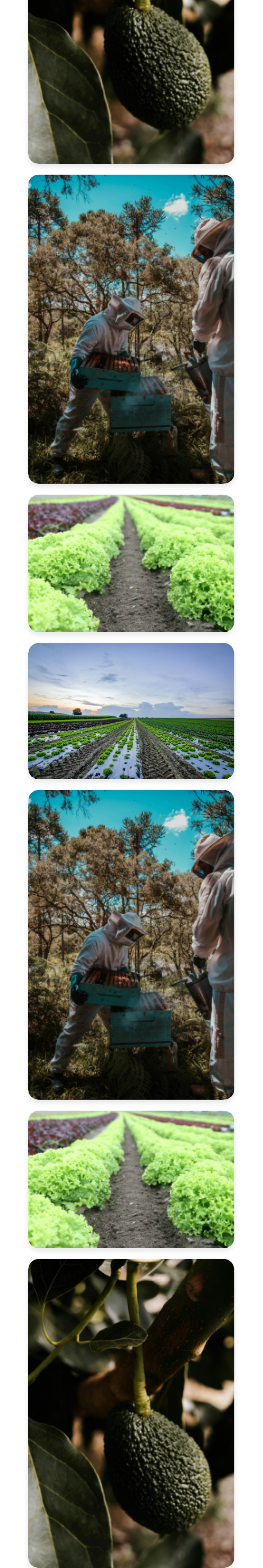
Repository: Kanyi-Manyara/yara-farm
Page: index.html
An editor plug-in stored every save of this project. The page is shown before and after a run of saves, followed by the edit.
The browser window is 375 px wide. The pictures show the part of the page from y = 2375 to 4615 px (the page is 7585 px tall before and 7765 px after), at 70% of full size.

Above is the page before, as saved 2025-05-09 20:32:44.

### index.html
<!DOCTYPE html>
<html lang="en">
<head>
  <meta charset="UTF-8">
  <meta name="viewport" content="width=device-width, initial-scale=1.0, maximum-scale=1.0, user-scalable=no">
  <meta name="HandheldFriendly" content="true">  <title>Yara Harvests</title>
  <link rel="stylesheet" href="style.css">
  <link rel="stylesheet" href="https://cdnjs.cloudflare.com/ajax/libs/font-awesome/6.0.0/css/all.min.css">

  <link rel="stylesheet" href="https://cdnjs.cloudflare.com/ajax/libs/font-awesome/6.0.0/css/all.min.css">

</head>
<body>

     <!-- Logo -->
  <header>
    <a href="#" class="logo">
      <img src="assets/farmlogobg2.png" alt="Yara Harvests Logo">
    </a>
  </header>
  <!-- Splash Screen -->
  <div id="splash-screen">
    <div class="splash-content">
        <img src="assets/Farm Logo.png" alt="Logo">
      <!-- <h1>Yara Harvests</h1>
      <p>Where Nature Meets Nourishment</p> -->
    </div>
  </div>

  <!-- Hero Section -->
<section id="hero">
    <div class="video-container">
      <video autoplay muted loop id="hero-video">
        <source src="assets/land.mp4" type="video/mp4">
        Your browser does not support the video tag.
      </video>
    </div>
    <div class="hero-content">
      <h1>Fresh, Organic Produce Straight from Our Farm to Your Table</h1>
      <a href="#products" class="cta-button">Explore Our Harvest</a>
    </div>
  </section>
  <!-- Hero Section
<section id="hero">
    <div class="video-container">
      <video autoplay muted loop id="hero-video">
        <source src="assets/land.mp4" type="video/mp4">
        Your browser does not support the video tag.
      </video>
    </div>
    <div class="hero-content">
      <h1>Fresh, Organic Produce Straight from <br>Our Farm to Your Table</h1>
      <a href="#products" class="cta-button">Explore Our Harvest</a>
    </div>
  </section> -->

  <!-- About Section -->
  <section id="about">
    <div class="about-content">
      <h2>Our Story</h2>
      <p>At Yara Harvests, we are committed to sustainable farming practices. Our mission is to provide fresh, organic produce to our community while preserving the environment.</p>
      <!-- <img src="assets/images/avocado.jpg" alt="Yara Harvests Farm"> -->
    </div>
  </section>

<!-- Products Section -->
<section id="products">
    <h2>What We Offer</h2>
    <div class="product-grid">
      <div class="product-card">
        <i class="fas fa-carrot"></i>
        <h3>Organic Vegetables</h3>
        <p>Freshly harvested, chemical-free vegetables.</p>
        <a href="products/vegetables.html" class="learn-more">Learn More</a>
      </div>
      <div class="product-card">
        <i class="fas fa-apple-alt"></i>
        <h3>Seasonal Fruits</h3>
        <p>Sweet and juicy fruits grown in harmony with nature.</p>
        <a href="products/fruits.html" class="learn-more">Learn More</a>
      </div>
      <div class="product-card">
        <i class="fas fa-cheese"></i>
        <h3>Dairy Products</h3>
        <p>Pure and natural dairy from our happy cows.</p>
        <a href="products/dairy.html" class="learn-more">Learn More</a>
      </div>
    </div>
  </section>

<!-- gallery -->
<section id="gallery">
  <h2>Explore Yara Harvests</h2>
  <div class="gallery-grid">
    <div class="gallery-item">
      <img src="assets/avocado.jpg" alt="Farm Field - Avocados">
    </div>
    <div class="gallery-item">
      <img src="assets/bees.jpg" alt="Beekeeping - Sustainable Farming">
    </div>
    <div class="gallery-item">
      <img src="assets/lettuce.jpg" alt="Fresh Produce - Organic Lettuce">
    </div>
    <div class="gallery-item">
      <img src="assets/seedbed.jpg" alt="Seedbed Preparation">
    </div>
    <div class="gallery-item">
      <img src="assets/bees.jpg" alt="Pollination - Bees at Work">
    </div>
    <div class="gallery-item">
      <img src="assets/lettuce.jpg" alt="Harvested Lettuce">
    </div>
    <div class="gallery-item">
      <img src="assets/avocado.jpg" alt="Avocado Harvest">
    </div>
    <div class="gallery-item">
      <img src="assets/seedbed.jpg" alt="Sprouting Seeds">
    </div>
    <div class="gallery-item">
      <img src="assets/avocado.jpg" alt="Ripe Avocados">
    </div>
    <div class="gallery-item">
      <img src="assets/bees.jpg" alt="Honey Production">
    </div>
    <div class="gallery-item">
      <img src="assets/lettuce.jpg" alt="Freshly Picked Lettuce">
    </div>
    <div class="gallery-item">
      <img src="assets/seedbed.jpg" alt="Soil Preparation">
    </div>
  </div>
</section>

<!-- Testimonials Section -->
<section id="testimonials">
    <h2>What Our Customers Say</h2>
    <div class="carousel-container">
      <div class="carousel-track">
        <div class="testimonial-card">
          <div class="testimonial-content">
            <p>"The best organic produce I've ever tasted! Highly recommend Yara Harvests."</p>
            <div class="testimonial-author">
              <img src="assets/bees.jpg" alt="Customer 1">
              <div class="author-details">
                <h4>Jane Doe</h4>
                <p>Regular Customer</p>
              </div>
            </div>
          </div>
        </div>
        <div class="testimonial-card">
          <div class="testimonial-content">
            <p>"Fresh, delicious, and sustainably grown. Love supporting this farm!"</p>
            <div class="testimonial-author">
              <img src="assets/seedbed.jpg" alt="Customer 2">
              <div class="author-details">
                <h4>John Smith</h4>
                <p>Local Chef</p>
              </div>
            </div>
          </div>
        </div>
        <div class="testimonial-card">
          <div class="testimonial-content">
            <p>"Yara Harvests has transformed the way I eat. Everything is so fresh and flavorful!"</p>
            <div class="testimonial-author">
              <img src="assets/seedbed.jpg" alt="Customer 3">
              <div class="author-details">
                <h4>Emily Johnson</h4>
                <p>Food Blogger</p>
              </div>
            </div>
          </div>
        </div>
        <div class="testimonial-card">
          <div class="testimonial-content">
            <p>"The quality of produce from Yara Harvests is unmatched. Truly exceptional!"</p>
            <div class="testimonial-author">
              <img src="assets/lettuce.jpg" alt="Customer 4">
              <div class="author-details">
                <h4>Michael Brown</h4>
                <p>Health Enthusiast</p>
              </div>
            </div>
          </div>
        </div>
        <!-- Duplicate cards for seamless looping -->
        <div class="testimonial-card">
          <div class="testimonial-content">
            <p>"The best organic produce I've ever tasted! Highly recommend Yara Harvests."</p>
            <div class="testimonial-author">
              <img src="assets/avocado.jpg" alt="Customer 1">
              <div class="author-details">
                <h4>Jane Doe</h4>
                <p>Regular Customer</p>
              </div>
            </div>
          </div>
        </div>
        <div class="testimonial-card">
          <div class="testimonial-content">
            <p>"Fresh, delicious, and sustainably grown. Love supporting this farm!"</p>
            <div class="testimonial-author">
              <img src="assets/Farm Logo.png" alt="Customer 2">
              <div class="author-details">
                <h4>John Smith</h4>
                <p>Local Chef</p>
              </div>
            </div>
          </div>
        </div>
        <div class="testimonial-card">
          <div class="testimonial-content">
            <p>"Yara Harvests has transformed the way I eat. Everything is so fresh and flavorful!"</p>
            <div class="testimonial-author">
              <img src="assets/lettuce.jpg" alt="Customer 3">
              <div class="author-details">
                <h4>Emily Johnson</h4>
                <p>Food Blogger</p>
              </div>
            </div>
          </div>
        </div>
        <div class="testimonial-card">
          <div class="testimonial-content">
            <p>"The quality of produce from Yara Harvests is unmatched. Truly exceptional!"</p>
            <div class="testimonial-author">
              <img src="assets/seedbed.jpg" alt="Customer 4">
              <div class="author-details">
                <h4>Michael Brown</h4>
                <p>Health Enthusiast</p>
              </div>
            </div>
          </div>
        </div>
      </div>
    </div>
  </section>

  <!-- Contact Section -->
<section id="contact">
    <div class="contact-container">
      <!-- Left Side: Contact Form and Information -->
      <div class="contact-left">
        <h2>Get in Touch</h2>
        <form>
          <input type="text" placeholder="Your Name" required>
          <input type="email" placeholder="Your Email" required>
          <textarea placeholder="Your Message" required></textarea>
          <button type="submit">Send Message</button>
        </form>
        <div class="contact-info">
          <p><i class="fas fa-map-marker-alt"></i> Address: 123 Farm Road, Green Valley</p>
          <p><i class="fas fa-phone"></i> Phone: +123 456 7890</p>
          <p><i class="fas fa-envelope"></i> Email: info@yaraharvests.com</p>
        </div>
      </div>

      <!-- Right Side: Google Map -->
      <div class="contact-right">
        <iframe
          src="https://www.google.com/maps/embed?pb=!1m14!1m12!1m3!1d1370.0967259576712!2d36.61745964736168!3d-0.9414913667099373!2m3!1f0!2f0!3f0!3m2!1i1024!2i768!4f13.1!5e1!3m2!1sen!2ske!4v1740219301189!5m2!1sen!2ske"
          width="100%"
          height="100%"
          style="border:0;"
          allowfullscreen=""
          loading="lazy"
          referrerpolicy="no-referrer-when-downgrade"
        ></iframe>
      </div>
    </div>
  </section>
  <!-- Footer -->
  <footer>
    <div class="social-links">
      <a href="#"><i class="fab fa-facebook"></i></a>
      <a href="#"><i class="fab fa-instagram"></i></a>
      <a href="#"><i class="fab fa-twitter"></i></a>
    </div>
    <p>&copy; 2023 Yara Harvests. All rights reserved.</p>
  </footer>

  <!-- Toggle Button -->
<button id="nav-toggle">
    <i class="fas fa-bars"></i>
  </button>

  <!-- Side Navigation -->
  <nav id="side-nav">
    <ul>
      <li><a href="#hero" class="active"><i class="fas fa-home fa-xs"></i></a></li>
      <li><a href="#about"><i class="fas fa-info-circle fa-xs"></i></a></li>
      <li><a href="#products"><i class="fas fa-shopping-basket fa-xs"></i></a></li>
      <li><a href="#gallery"><i class="fas fa-images fa-xs"></i></a></li>
      <li><a href="#testimonials"><i class="fas fa-comments fa-xs"></i></a></li>
      <li><a href="#contact"><i class="fas fa-envelope fa-xs"></i></a></li>
    </ul>
  </nav>

  <script src="script.js"></script>
</body>
</html>

### style.css
/* General Styles */
body {
    font-family: 'Arial', sans-serif;
    margin: 0;
    padding: 0;
    box-sizing: border-box;
  }

  h1, h2, h3 {
    color: #2c3e50;
  }

  p {
    color: #34495e;
  }

  /* Splash Screen */
  #splash-screen {
    position: fixed;
    top: 0;
    left: 0;
    width: 100%;
    height: 100%;
    background: white;
    display: flex;
    justify-content: center;
    align-items: center;
    color: white;
    z-index: 1000;
  }

  .splash-content {
    text-align: center;
  }

/* Hero Section */
#hero {
    position: relative;
    height: 100vh;
    overflow: hidden;
    display: flex;
    align-items: center; /* Center content vertically */
  }

  .video-container {
    position: absolute;
    top: 0;
    left: 0;
    width: 100%;
    height: 100%;
    z-index: -1; /* Place the video behind the content */
  }

  #hero-video {
    width: 100%;
    height: 100%;
    object-fit: cover; /* Ensures the video covers the entire container */
  }

  .hero-content {
    position: relative;
    z-index: 1; /* Place the content above the video */
    padding-left: 50px; /* Add padding to move content to the left */
    max-width: 600px; /* Limit width for better readability */
  }

  .hero-content h1 {
    font-size: 3rem;
    color: transparent; /* Transparent text fill */
    -webkit-text-stroke: 1px white; /* White outline for text */
    text-shadow: 2px white; /* Fallback for non-WebKit browsers */
    margin-bottom: 20px;
    line-height: 1.2;
  }

  /* Ensure this selector is specific enough */
.hero-content .cta-button {
  background: transparent; /* Transparent button background */
  color: white; /* Grey font color */
  padding: 10px 20px;
  text-decoration: none;
  border: 1px solid white; /* White outline for button */
  border-radius: 5px;
  font-size: 1.2rem;
  transition: background 0.3s ease, color 0.3s ease;
}

.hero-content .cta-button:hover {
  background: white; /* White background on hover */
  color: black; /* Black text on hover */
}
/* Toggle Button */
#nav-toggle {
    position: fixed;
    top: 20px;
    right: 20px;
    background: transparent;
    color: grey;
    border: none;
    padding: 0px;
    border-radius: 50%;
    width: 40px;
    height: 40px;
    cursor: pointer;
    z-index: 1001; /* Ensure it's above the side nav */
    display: flex;
    align-items: center;
    justify-content: center;
  }

  #nav-toggle i {
    font-size: 1.2rem;
  }

  /* Side Navigation */
  #side-nav {
    position: fixed;
    top: 50%;
    right: -100px; /* Initially hidden off-screen */
    transform: translateY(-50%);
    z-index: 1000;
    background: rgba(255, 255, 255, 0.9);
    border-radius: 10px;
    padding: 10px;
    transition: right 0.3s ease;
  }

  #side-nav.active {
    right: 20px; /* Visible on-screen */
  }

  #side-nav ul {
    list-style: none;
    padding: 0;
    margin: 0;
  }

  #side-nav ul li {
    margin: 7.5px 0;
  }

  #side-nav ul li a {
    text-decoration: none;
    color: #2c3e50;
    font-size: 1rem;
    display: block;
    padding: 10px;
    background: rgba(255, 255, 255, 0.8);
    border-radius: 50%;
    width: 20px;
    height: 20px;
    text-align: center;
    line-height: 20px;
    transition: background 0.3s ease, color 0.3s ease;
  }

  #side-nav ul li a:hover {
    background: grey;
    color: white;
  }

  #side-nav ul li a.active {
    background: grey;
    color: white;
  }

  /* About Section */
  #about {
    padding: 50px 20px;
    text-align: center;
  }

/* Products Section */
#products {
    padding: 50px 20px;
    text-align: center;
    background: white;
  }

  #products h2 {
    margin-bottom: 40px;
    font-size: 2rem;
    color: #2c3e50;
  }

  .product-grid {
    display: flex;
    justify-content: space-around;
    flex-wrap: wrap;
    gap: 20px;
  }

  .product-card {
    background: transparent; /* Make the card background transparent */
    border-radius: 15px;
    padding: 20px;
    width: 300px;
    box-shadow: none; /* Remove box shadow */
    text-align: center;
    transition: transform 0.3s ease;
  }

  .product-card:hover {
    transform: translateY(-10px); /* Keep hover effect for interactivity */
  }

  .product-card i {
    font-size: 3rem;
    color: grey;
    margin-bottom: 20px;
  }

  .product-card h3 {
    font-size: 1.5rem;
    color: #2c3e50;
    margin-bottom: 10px;
  }

  .product-card p {
    font-size: 1rem;
    color: #34495e;
    margin-bottom: 20px;
  }

  .learn-more {
    background: transparent; /* Transparent button background */
    color: black; /* Grey font color */
    padding: 10px 20px;
    text-decoration: none;
    border: 1px solid black; /* White outline for button */
    border-radius: 5px;
    font-size: 1.0rem;
    transition: background 0.3s ease, color 0.3s ease;
  }

  .learn-more:hover {
    background: grey;
    color: white;
  }
  /* Gallery Section
  #gallery {
    padding: 50px 20px;
    text-align: center;
  }

  .gallery-grid {
    display: grid;
    grid-template-columns: repeat(3, 1fr);
    gap: 10px;
  }

  .gallery-grid img {
    width: 100%;
    height: auto;
  } */

/* Gallery Section */
#gallery {
    padding: 50px 20px;
    text-align: center;
  }

  .gallery-grid {
    display: grid;
    grid-template-columns: repeat(auto-fill, minmax(250px, 1fr)); /* Adjust minmax for column width */
    gap: 15px; /* Space between images */
    padding: 0 20px;
  }

  .gallery-item {
    position: relative;
    overflow: hidden;
    border-radius: 15px; /* Smooth curved edges */
    box-shadow: 0 4px 8px rgba(0, 0, 0, 0.1); /* Subtle shadow for depth */
    transition: transform 0.3s ease, box-shadow 0.3s ease;
  }

  .gallery-item:hover {
    transform: scale(1.05); /* Slight zoom on hover */
    box-shadow: 0 8px 16px rgba(0, 0, 0, 0.2); /* Enhanced shadow on hover */
  }

  .gallery-item img {
    width: 100%;
    height: 100%;
    object-fit: cover; /* Ensures images fill the container without distortion */
    display: block;
    border-radius: 15px; /* Match the container's curved edges */
  }

/* Testimonials Section */
#testimonials {
    padding: 50px 20px;
    text-align: center;
    background: #f9f9f9;
    overflow: hidden;
  }

  #testimonials h2 {
    margin-bottom: 40px;
    font-size: 2rem;
    color: #2c3e50;
  }

  .carousel-container {
    width: 100%;
    overflow: hidden;
    position: relative;
  }

/* Updated Testimonials Section */
.carousel-track {
  display: flex;
  transition: transform 0.5s ease-out;
  will-change: transform; /* Optimize for performance */
  user-select: none; /* Prevent text selection during drag */
  touch-action: pan-y; /* Enable vertical scroll but prevent default horizontal */
}

.testimonial-card {
  flex: 0 0 300px;
  margin: 0 10px;
  background: white;
  border-radius: 15px;
  padding: 20px;
  box-sizing: border-box;
  text-align: left;
  cursor: grab;
}

.testimonial-card:active {
  cursor: grabbing;
}

/* Disable animation when dragging */
.carousel-track.no-transition {
  transition: none;
}

  .testimonial-content p {
    font-size: 1.1rem;
    color: #34495e;
    line-height: 1.6;
    margin-bottom: 20px;
  }

  .testimonial-author {
    display: flex;
    align-items: center;
  }

  .testimonial-author img {
    width: 60px;
    height: 60px;
    border-radius: 50%;
    margin-right: 15px;
  }

  .author-details h4 {
    margin: 0;
    font-size: 1.2rem;
    color: #2c3e50;
  }

  .author-details p {
    margin: 0;
    font-size: 0.9rem;
    color: #7f8c8d;
  }

  /* Keyframes for infinite scrolling */
  @keyframes scroll {
    0% {
      transform: translateX(0);
    }
    100% {
      transform: translateX(-50%); /* Move by half the width of the carousel */
    }
  }

/* Contact Section */
#contact {
    display: flex;
    height: 100vh; /* Full viewport height */
  }

  .contact-container {
    display: flex;
    width: 100%;
    height: 100%;
  }

  /* Left Side: Contact Form and Information */
  .contact-left {
    flex: 1;
    background: #000; /* Black background */
    color: white;
    padding: 50px;
    display: flex;
    flex-direction: column;
    justify-content: center;
  }

  .contact-left h2 {
    font-size: 2rem;
    margin-bottom: 20px;
  }

  .contact-left form {
    display: flex;
    flex-direction: column;
    gap: 15px;
    margin-bottom: 20px;
  }

  .contact-left input,
  .contact-left textarea {
    padding: 10px;
    border: 1px solid #ccc;
    border-radius: 5px;
    font-size: 1rem;
    background: #333; /* Dark input background */
    color: white;
  }

  .contact-left textarea {
    resize: vertical;
    min-height: 100px;
  }

  .contact-left button {
    background: grey;
    color: white;
    padding: 10px 20px;
    border: none;
    border-radius: 5px;
    font-size: 1rem;
    cursor: pointer;
    transition: background 0.3s ease;
  }

  .contact-left button:hover {
    background: white;
    color: black;

  }

  .contact-info {
    margin-top: 20px;
  }

  .contact-info p {
    font-size: 1rem;
    margin-bottom: 10px;
    display: flex;
    align-items: center;
    gap: 10px;
  }

  .contact-info i {
    color: white;
  }

  /* Right Side: Google Map */
  .contact-right {
    flex: 1;
    background: white; /* White background */
  }

  .contact-right iframe {
    width: 100%;
    height: 100%;
    border: none;
  }

  /* Footer */
  footer {
    background: #2c3e50;
    color: white;
    text-align: center;
    padding: 20px;
  }

  .social-links a {
    color: white;
    margin: 0 10px;
  }

  /* Logo */
header {
    position: fixed;
    top: 20px;
    left: 20px;
    z-index: 1000; /* Ensure the logo is above other content */
  }

  .logo img {
    width: 80px; /* Adjust size as needed */
    height: auto;
    transition: transform 0.3s ease;
  }

  .logo img:hover {
    transform: scale(1.1); /* Slight zoom on hover */
  }

/* //////////////////////////////////////////////////////////////// */

/* Product Detail Page */
#product-detail {
    padding: 50px 20px;
    text-align: center;
  }

  .product-detail-content {
    max-width: 800px;
    margin: 0 auto;
  }

  .product-detail-content h1 {
    font-size: 2.5rem;
    color: #2c3e50;
    margin-bottom: 20px;
  }

  .product-detail-content img {
    width: 100%;
    max-width: 500px;
    border-radius: 15px;
    margin-bottom: 20px;
  }

  .product-detail-content p {
    font-size: 1.1rem;
    color: #34495e;
    line-height: 1.6;
    margin-bottom: 20px;
  }

  .product-detail-content h2 {
    font-size: 2rem;
    color: #2c3e50;
    margin-bottom: 20px;
  }

  .product-detail-content ul {
    list-style: none;
    padding: 0;
    margin-bottom: 20px;
  }

  .product-detail-content ul li {
    font-size: 1rem;
    color: #34495e;
    margin-bottom: 10px;
  }

  .cta-button {
    background: grey;
    color: white;
    padding: 10px 20px;
    text-decoration: none;
    border-radius: 5px;
    font-size: 1rem;
    transition: background 0.3s ease;
  }

  .cta-button:hover {
    background: darkgray;
  }

  .back-button {
    display: inline-block;
    margin: 20px;
    color: grey;
    text-decoration: none;
    font-size: 1rem;
  }

  .back-button i {
    margin-right: 5px;
  }

Loaded but not shown: script.js (222 lines, source omitted)

After the next 2 saves:
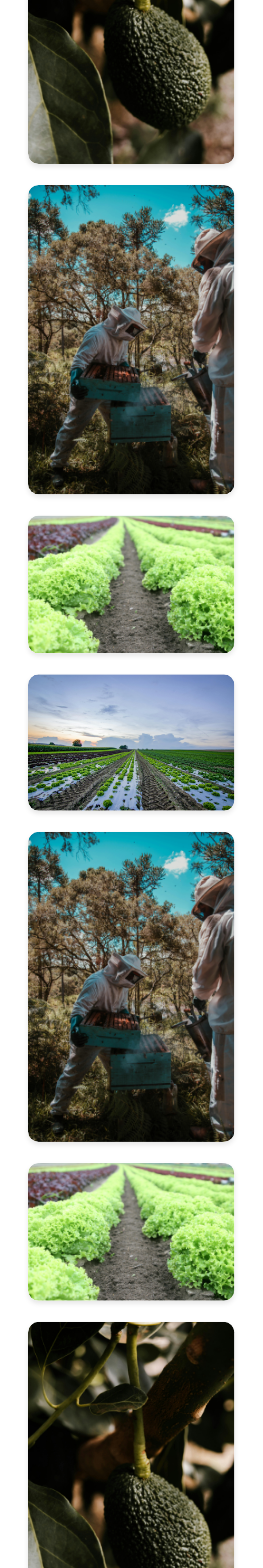
The 2 saves are shown as one change because they came seconds apart.
The last was saved 41 s later.
--- a/style.css
+++ b/style.css
@@ -580,3 +580,52 @@ header {
   .back-button i {
     margin-right: 5px;
   }
+
+  /* Gallery Section - Pinterest Style */
+#gallery {
+  padding: 50px 20px;
+  text-align: center;
+}
+
+.gallery-grid {
+  column-count: 4; /* Desktop view: 4 columns */
+  column-gap: 15px;
+  padding: 0 20px;
+}
+
+.gallery-item {
+  position: relative;
+  display: inline-block;
+  width: 100%;
+  margin-bottom: 15px;
+  overflow: hidden;
+  border-radius: 15px; /* Smooth curved edges */
+  box-shadow: 0 4px 8px rgba(0, 0, 0, 0.1); /* Subtle shadow for depth */
+  transition: transform 0.3s ease, box-shadow 0.3s ease;
+  break-inside: avoid; /* Prevents items from breaking across columns */
+}
+
+.gallery-item:hover {
+  transform: scale(1.02); /* Slight zoom on hover */
+  box-shadow: 0 8px 16px rgba(0, 0, 0, 0.2); /* Enhanced shadow on hover */
+}
+
+.gallery-item img {
+  width: 100%;
+  display: block;
+  border-radius: 15px; /* Match the container's curved edges */
+}
+
+/* Responsive layout for tablets */
+@media (max-width: 768px) {
+  .gallery-grid {
+    column-count: 3; /* Tablet view: 3 columns */
+  }
+}
+
+/* Responsive layout for mobile - Pinterest style with 2 columns */
+@media (max-width: 576px) {
+  .gallery-grid {
+    column-count: 2; /* Mobile view: exactly 2 columns like Pinterest */
+  }
+}
